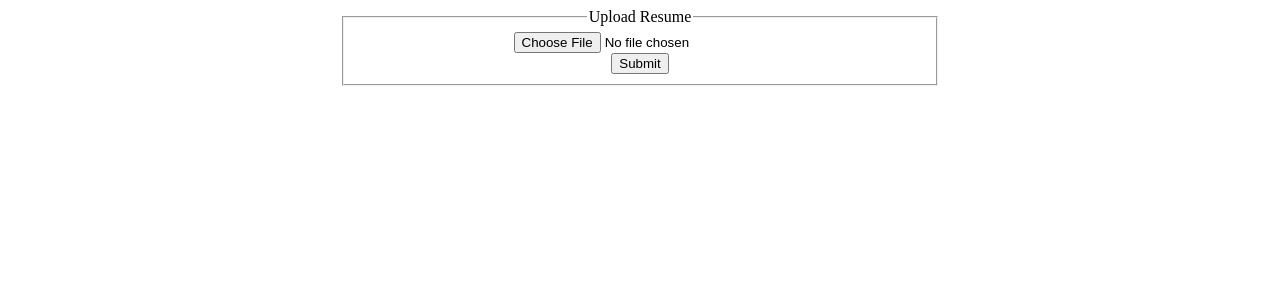
Repository: prashantsuman07/Manthan-ELF-16-OCT-19-Prashant-Suman
Page: http://localhost/Resume_Finder_Java_Application/JSP/UploadResume.jsp
The author's editor kept a copy of each file at every save. The page is drawn from the files as they stood at one save, then again after the next save.
The browser window is 1280 px wide. The pictures show the whole page.
The page is served by Tomcat 9. Other server files are loaded and not shown.

Above is the page before, as saved 2019-12-02 12:04:00.

### PLP_FinalEvaluation_JAVA/Resume_Finder_Java_Application/WebContent/JSP/UploadResume.jsp
<%@ page language="java" contentType="text/html; charset=ISO-8859-1"
    pageEncoding="ISO-8859-1"%>
<!DOCTYPE html>
<html>
<head>
<meta charset="ISO-8859-1">
<title>Upload Resume</title>
<style type="text/css">
.Upload{
width:600px;
margin:auto;
padding:auto;
}
</style>
</head>
<body>
<div class="Upload" >
<fieldset>
<legend align="center">Upload Resume</legend>
<form action="" method="get" align="center">
<input name="userfile" type="file" accept="application/pdf, application/msword"/><br>
<input type="submit" name="Upload Resume">
</form>
</fieldset>
</div>
</body>
</html>

After the next save:
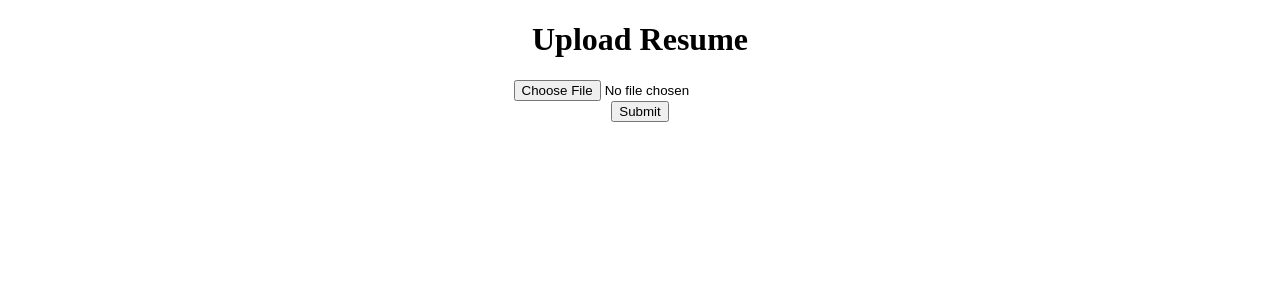
Saved 59 s later.
--- a/PLP_FinalEvaluation_JAVA/Resume_Finder_Java_Application/WebContent/JSP/UploadResume.jsp
+++ b/PLP_FinalEvaluation_JAVA/Resume_Finder_Java_Application/WebContent/JSP/UploadResume.jsp
@@ -9,19 +9,17 @@
 .Upload{
 width:600px;
 margin:auto;
-padding:auto;
+
 }
 </style>
 </head>
 <body>
 <div class="Upload" >
-<fieldset>
-<legend align="center">Upload Resume</legend>
+<h1 align="Center">Upload Resume</h1>
 <form action="" method="get" align="center">
 <input name="userfile" type="file" accept="application/pdf, application/msword"/><br>
 <input type="submit" name="Upload Resume">
 </form>
-</fieldset>
 </div>
 </body>
 </html>
